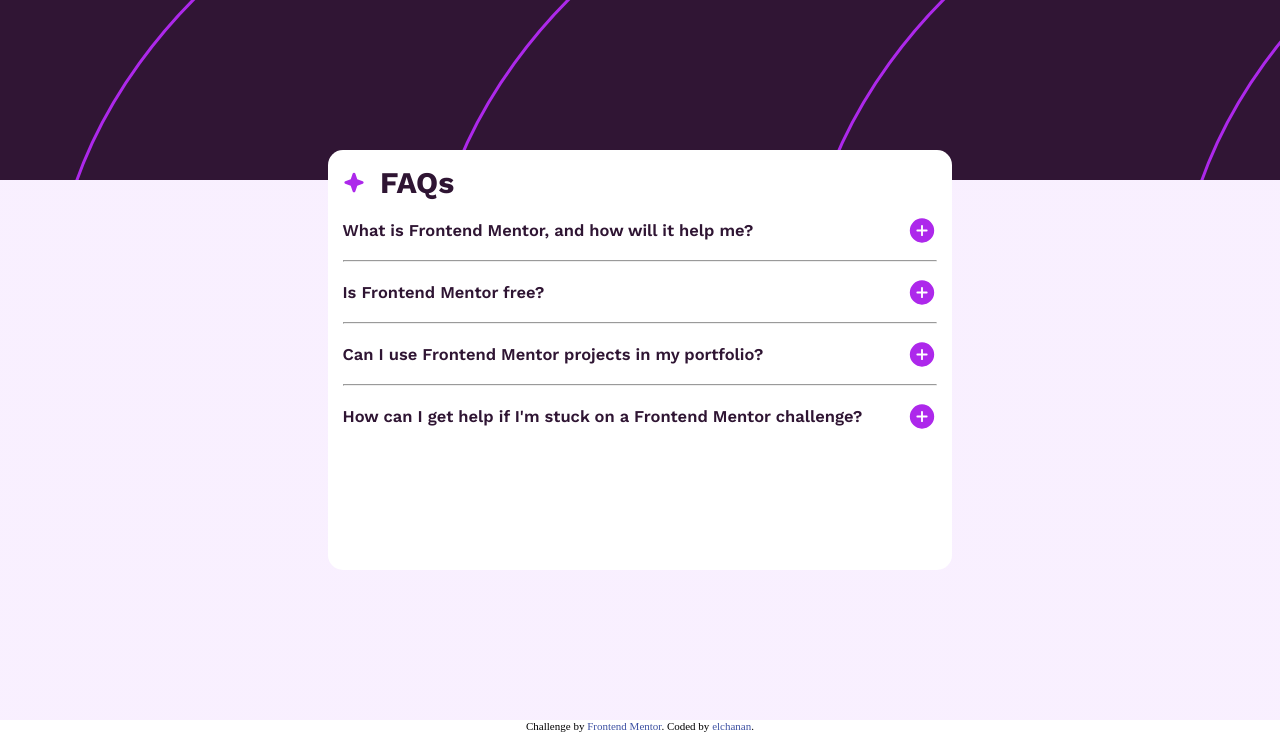
Repository: elchananChen/frontend-mentor-projects
Page: 2024/10/faQs/index.html
An editor plug-in stored every save of this project. The page is shown before and after the next save, followed by the edit.
The browser window is 1280 px wide. The pictures show the whole page.

Above is the page before, as saved 2024-10-15 19:50:11.

### 2024/10/faQs/index.html
<!DOCTYPE html>
<html lang="en">
  <head>
    <meta charset="UTF-8" />
    <meta name="viewport" content="width=device-width, initial-scale=1.0" />

    <link
      rel="icon"
      type="image/png"
      sizes="32x32"
      href="./assets/images/favicon-32x32.png"
    />

    <title>Frontend Mentor | FAQ accordion</title>

    <style>
      .attribution {
        font-size: 11px;
        text-align: center;
      }
      .attribution a {
        color: hsl(228, 45%, 44%);
      }
    </style>
    <link rel="stylesheet" href="./style.css" />
  </head>
  <body>
    <article>
      <div class="card">
        <header>
          <div class="header flex">
            <div class="star-wrapper">
              <img
                class="star-icon"
                src="./assets/images/icon-star.svg"
                alt="icon-star"
              />
            </div>
            <h1>FAQs</h1>
          </div>
        </header>
        <main>
          <div class="q-wrapper">
            <div class="flex q-head">
              <h3>What is Frontend Mentor, and how will it help me?</h3>
              <div class="sign-big-wrapper">
                <div class="sign-wrapper">
                  <img
                    class="sign-img"
                    src="./assets/images/icon-plus.svg"
                    alt="plus-sign"
                  />
                </div>
              </div>
            </div>
            <p class="p hidden">
              Frontend Mentor offers realistic coding challenges to help
              developers improve their frontend coding skills with projects in
              HTML, CSS, and JavaScript. It's suitable for all levels and ideal
              for portfolio building.
            </p>
          </div>
          <hr />
          <div class="q-wrapper">
            <div class="flex q-head">
              <h3>Is Frontend Mentor free?</h3>
              <div class="sign-big-wrapper">
                <div class="sign-wrapper">
                  <img
                    class="sign-img"
                    src="./assets/images/icon-plus.svg"
                    alt="plus-sign"
                  />
                </div>
              </div>
            </div>
            <p class="p hidden">
              Yes, Frontend Mentor offers both free and premium coding
              challenges, with the free option providing access to a range of
              projects suitable for all skill levels.
            </p>
          </div>
          <hr />
          <div class="q-wrapper">
            <div class="flex q-head">
              <h3>Can I use Frontend Mentor projects in my portfolio?</h3>
              <div class="sign-big-wrapper">
                <div class="sign-wrapper">
                  <img
                    class="sign-img"
                    src="./assets/images/icon-plus.svg"
                    alt="plus-sign"
                  />
                </div>
              </div>
            </div>
            <p class="p hidden">
              Yes, you can use projects completed on Frontend Mentor in your
              portfolio. It's an excellent way to showcase your skills to
              potential employers!
            </p>
          </div>
          <hr />
          <div class="q-wrapper">
            <div class="flex q-head">
              <h3>
                How can I get help if I'm stuck on a Frontend Mentor challenge?
              </h3>
              <div class="sign-big-wrapper">
                <div class="sign-wrapper">
                  <img
                    class="sign-img"
                    src="./assets/images/icon-plus.svg"
                    alt="plus-sign"
                  />
                </div>
              </div>
            </div>
            <p class="hidden">
              The best place to get help is inside Frontend Mentor's Discord
              community. There's a help channel where you can ask questions and
              seek support from other community members.
            </p>
          </div>
        </main>
      </div>
    </article>
    <div class="attribution">
      Challenge by
      <a href="https://www.frontendmentor.io?ref=challenge" target="_blank"
        >Frontend Mentor</a
      >. Coded by <a href="#">elchanan</a>.
    </div>
    <script src="main.js"></script>
  </body>
</html>

### 2024/10/faQs/style.css
@import url("./css/reset.css");
@import url("./css/varieble.css");
@import url("./css/fonts.css");
@import url("./css/utilities.css");

h1 {
  font-family: "work-sans";
  font-weight: 700;
}
h3 {
  font-family: "work-sans";
  font-weight: 600;
}
p {
  padding-block: 1rem;
  font-family: "work-sans";
  color: var(--color-Grayish-purple);
}
article {
  display: flex;
  justify-content: center;
  min-height: 100vh;
  width: 100%;
  padding: 1.5rem;
  padding-block: 10rem;
  background: linear-gradient(180deg, transparent 25%, hsl(275, 100%, 97%) 25%),
    url("./assets/images/background-pattern-mobile.svg");
}

.card {
  background-color: var(--color-White);
  padding: 1rem;
  border-radius: 1rem;
}
header {
  font-family: "";
  font-weight: bolder;
}
h1 {
  font-size: 2rem;
  color: var(--color-Dark-purple);
}
h3 {
  font-size: 1.1rem;
  color: var(--color-Dark-purple);
}
.q-head {
  gap: 2rem;
  padding-block: 0.5rem;
  align-items: center;
  justify-content: space-between;
}
.header {
  align-items: center;
  gap: 1rem;
}
.star-wrapper {
  width: 1.5rem;
  height: 1.5rem;
}
.sign-wrapper {
  display: flex;
  align-items: center;
  justify-content: end;
  width: 3rem;
  height: 3rem;
  flex-basis: 2rem;
  flex-shrink: 0;
}
.sign-wrapper:hover {
  cursor: pointer;
}
.sign-img {
  flex-basis: 2rem;
  width: 2rem;
  height: 2rem;
  object-fit: cover;
}

### 2024/10/faQs/main.js
const minusSignsEL = document.querySelectorAll(".minus-container");
const signBtnsEl = document.querySelectorAll(".sign-big-wrapper");

signBtnsEl.forEach((sign) => {
  sign.addEventListener("click", (ev) => {
    let current = "";
    const alt = ev.target.alt;
    const wrapperEL = ev.target.closest(".q-wrapper");
    const pEL = wrapperEL.querySelector("p");
    if (alt === "plus-sign") {
      current = "minus";
      ev.target.alt = "minus-sign";
      pEL.classList.remove("hidden");
    } else if (alt === "minus-sign") {
      current = "plus";
      ev.target.alt = "plus-sign";
      pEL.classList.add("hidden");
    } else console.error("Error: sign path missing");
    ev.target.src = `./assets/images/icon-${current}.svg`;
  });
});

### 2024/10/faQs/css/reset.css
* {
  box-sizing: border-box;
  margin: 0;
  padding: 0;
}
html {
  font-family: "overpass-Regular";
}
html,
body {
  min-height: 100vh;
  width: 100%;
  font-size: 15px;
}

img {
  font-family: "work-sans-italic";

  display: block;
  max-width: 100%;
}
h1,
h2,
h3,
h4,
h5,
h6 {
  font-size: 1rem;
  font-weight: normal;
}
button {
  border: 0px;
}

ul,
ol {
  padding-left: 0.5rem;
}
a {
  text-decoration: none;
  color: inherit;
}

### 2024/10/faQs/css/varieble.css
:root {
  --color-White: hsl(0, 0%, 100%);
  --color-Light-pink: hsl(275, 100%, 97%);
  --color-Grayish-purple: hsl(292, 16%, 49%);
  --color-Dark-purple: hsl(292, 42%, 14%);
}

### 2024/10/faQs/css/fonts.css
@font-face {
  font-family: "work-sans-italic";
  src: url("../assets/fonts/WorkSans-Italic-VariableFont_wght.ttf");
}
@font-face {
  font-family: "work-sans";
  src: url("../assets/fonts/WorkSans-VariableFont_wght.ttf");
}

### 2024/10/faQs/css/utilities.css
.flex {
  display: flex;
}
.hidden {
  display: none;
}

After the next save:
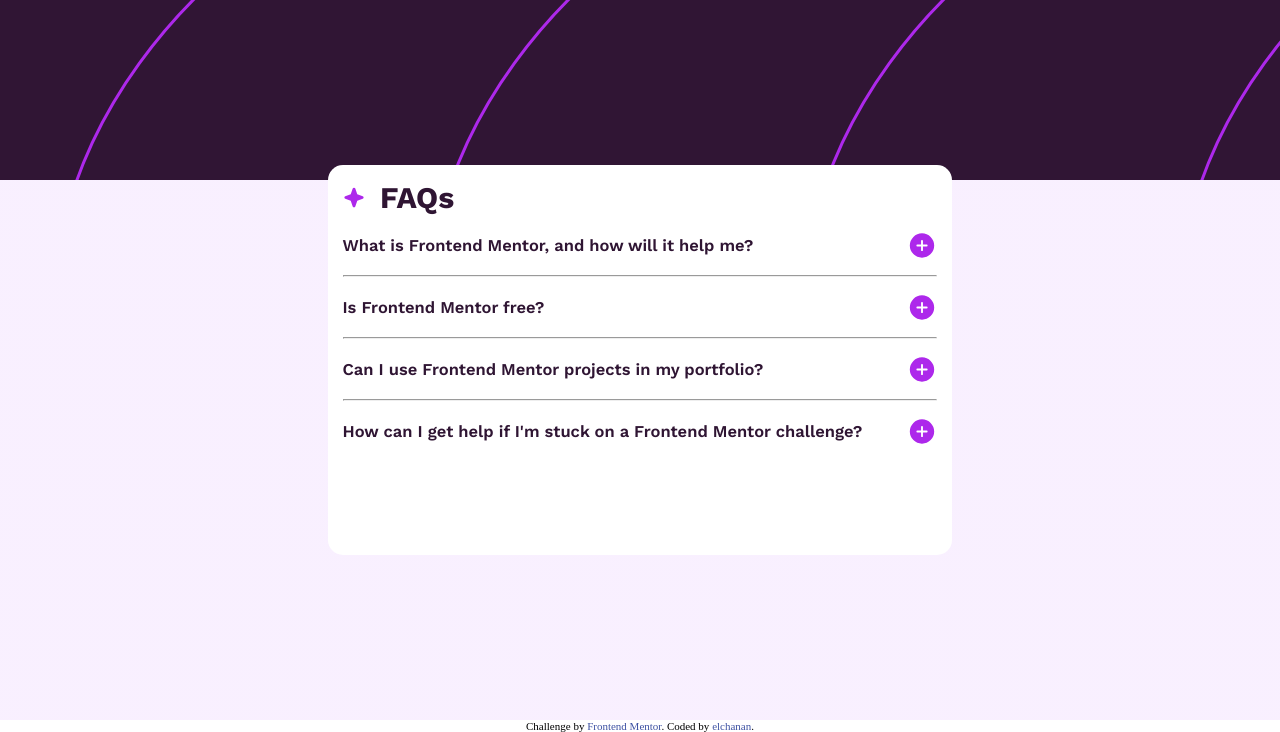
Saved 31 s later.
--- a/2024/10/faQs/style.css
+++ b/2024/10/faQs/style.css
@@ -22,7 +22,7 @@
   min-height: 100vh;
   width: 100%;
   padding: 1.5rem;
-  padding-block: 10rem;
+  padding-block: 11rem;
   background: linear-gradient(180deg, transparent 25%, hsl(275, 100%, 97%) 25%),
     url("./assets/images/background-pattern-mobile.svg");
 }
